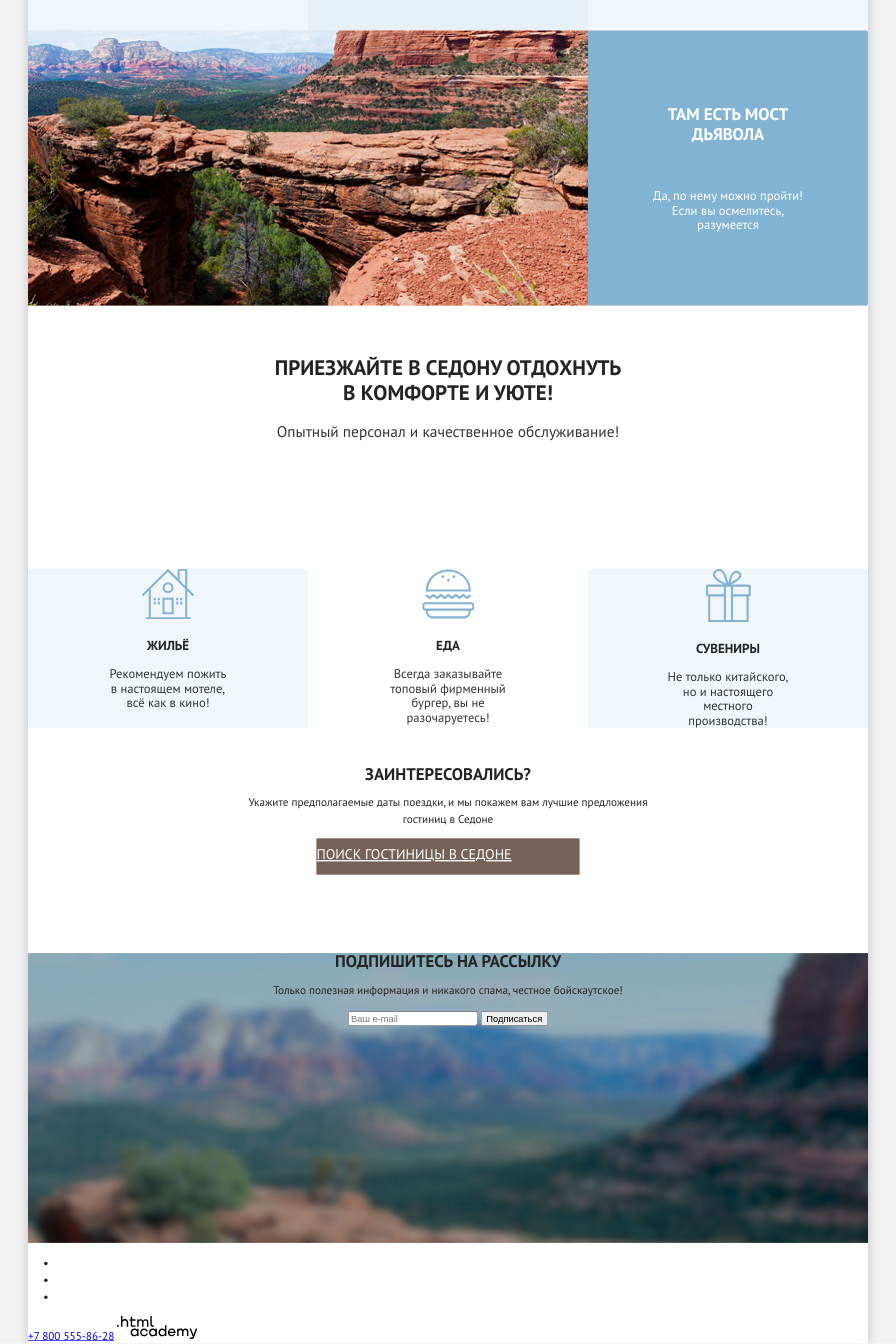
Repository: zakhgagne/2512253-sedona-1
Page: index.html
The author's editor kept a copy of each file at every save. The page is drawn from the files as they stood at one save, then again after the next save.
The browser window is 1280 px wide. The pictures show the part of the page from y = 1551 to 3471 px (the page is 3471 px tall), at 70% of full size.

Above is the page before, as saved 2024-05-11 19:49:44.

### index.html
<!DOCTYPE html>
<html lang="ru">

  <head>
    <meta charset="utf-8">
    <title>Сайт города Седона</title>
    <link rel="stylesheet" href="styles/styles.css">
  </head>

  <body>
    <div class="container">
      <header class="header">
        <a class="logo-link" href="#">
          <img class="logo-image" src="./images/logo.svg" alt="Любимая Седона" width="" height="">
        </a>
        <nav class="navigation">
          <ul class="main-menu">
            <li class="menu-item">
              <a href="./index.html" class="menu-link">Главная</a>
            </li>
            <li class="menu-item">
              <a href="#" class="menu-link">О Седоне</a>
            </li>
            <li class="menu-item">
              <a href="./catalog.html" class="menu-link">Гостиницы</a>
            </li>
          </ul>
          <ul class="user-menu">
            <li class="user-menu-item">
              <a href="#" class="user-menu-link">
                <span class="visually-hidden">Поиск</span>
              </a>
            </li>
            <li class="user-menu-item">
              <a href="#" class="user-menu-link">
                <span class="visually-hidden">Избранное</span>
                <span class="like-number">12</span>
              </a>
            </li>
            <li class="user-menu-item">
              <a href="#" class="user-menu-link">Хочу сюда!</a>
            </li>
          </ul>
        </nav>
      </header>
      <main class="main-container">
        <h1 class="visually-hidden">Cайт города Седона</h1>
        <section class="welcome">
          <h2 class="visually-hidden">Приглашение</h2>
          <img src="./images/welcome.svg" class="welcome-image" width="" height="" alt="Welcome">
        </section>

        <section class="city">
          <h2 class="city-title">Седона — небольшой городок в Аризоне, заслуживающий большего!</h2>
          <p class="city-subtitle">Рассмотрим причины, по которым Седона круче, чем Гранд-Каньон!</p>

          <ul class="reason-list">
            <li class="reason-item reason-item-special">
              <div class="reason-container">
                <h3 class="reason-title">Настоящий городок</h3>
                <p class="reason-text">Седона — не аттракцион для туристов, там течёт своя жизнь</p>
              </div>
              <img src="./images/photo-1.jpg" class="reason-image" width="" height="">
            </li>
            <li class="reason-item">
              <div class="reason-container">
                <h3 class="reason-title">Небольшая площадь</h3>
                <p class="reason-text">Все достопримечательности находятся очень близко</p>
              </div>
            </li>
            <li class="reason-item">
              <div class="reason-container">
                <h3 class="reason-title">Красивая дорога</h3>
                <p class="reason-text">Ехать в Седону из Лас-Вегаса совсем не скучно!</p>
              </div>
            </li>
            <li class="reason-item">
              <div class="reason-container">
                <h3 class="reason-title">Мало туристов</h3>
                <p class="reason-text">Большинство едет в Гранд Каньон и толпится там</p>
              </div>
            </li>
            <li class="reason-item reason-item-special">
              <img src="./images/photo-2.jpg" class="reason-image" width="" height="">
              <div class="reason-container">
                <h3 class="reason-title">Там есть мост дьявола</h3>
                <p class="reason-text">Да, по нему можно пройти! Если вы осмелитесь, разумеется</p>
              </div>
            </li>
          </ul>
        </section>

        <section class="city-welcome">
          <h2 class="desription">Приезжайте в Седону отдохнуть в комфорте и уюте!</h2>
          <p class="simple-text">Опытный персонал и качественное обслуживание!</p>
          <div class="container-city-welcome">
            <ul class="comfort-list">
              <li class="comfort-item">
                <img src="./images/advantage-icon-home.svg" class="reason-image" width="" height="">
                <h3 class="comfort-title">Жильё</h3>
                <p class="comfort-text">Рекомендуем пожить в настоящем мотеле, всё как в кино!</p>
              </li>
              <li class="comfort-item">
                <img src="./images/advantage-icon-food.svg" class="reason-image" width="" height="">
                <h3 class="comfort-title">Еда</h3>
                <p class="comfort-text">Всегда заказывайте топовый фирменный бургер, вы не разочаруетесь!</p>
              </li>
              <li class="comfort-item">
                <img src="./images/advantage-icon-gift.svg" class="reason-image" width="" height="">
                <h3 class="comfort-title">Сувениры</h3>
                <p class="comfort-text">Не только китайского, но и настоящего местного производства!</p>
              </li>
            </ul>
          </div>
        </section>

        <section class="interest">
          <h2 class="desription">Заинтересовались?</h2>
          <p class="simple-text-interest">Укажите предполагаемые даты поездки, и мы покажем вам лучшие предложения гостиниц в
            Седоне</p>
            <div class="container-button">
          <a href="#" class="button-search-motel">ПОИСК ГОСТИНИЦЫ В седоне</a>
          </div>
        </section>

      </main>

      <footer>
        <section class="news-letter">
          <h2 class="desription">Подпишитесь на рассылку</h2>
          <p class="simple-text-footer">Только полезная информация и никакого спама, честное бойскаутское!</p>

          <form class="subscribe-form" action="https://echo.htmlacademy.ru/" method="post">
            <input class="field" placeholder="Ваш e-mail" type="email" name="distribution-email" required>
            <button class="subscribe-form-button" type="submit">Подписаться</button>
          </form>
        </section>
        <div class="footer-container">
          <section class="contacts">
            <h2 class="visually-hidden">Контакты</h2>
            <ul class="contact-list">
              <li class="contact-list-item">
                <a href="#" class="contact-list-link">
                  <p class="visually-hidden">Вконтакте</p>
                </a>
              </li>
              <li class="contact-list-item">
                <a href="#" class="contact-list-link">
                  <p class="visually-hidden">Телеграм</p>
                </a>
              </li>
              <li class="contact-list-item">
                <a href="#" class="contact-list-link">
                  <p class="visually-hidden">Ютуб</p>
                </a>
              </li>
            </ul>
            <a class="footer-contacts-address-phone" href="tel:+78005558628">+7 800 555-86-28</a>
            <a class="htmlacademy-link" href="https://htmlacademy.ru/">
              <img src="./images/logo-academy.svg" width="" height="" alt="Академия">
            </a>
          </section>
        </div>
      </footer>
    </div>
  </body>

</html>

### styles/styles.css
@font-face {
  font-family: "PT Sans";
  font-style: normal;
  font-weight: 400;
  src: url("../fonts/ptsans-400.woff2") format("woff2");
  font-display: swap;
}

@font-face {
  font-family: "PT Sans";
  font-style: normal;
  font-weight: 700;
  src: url("../fonts/ptsans-700.woff2") format("woff2");
  font-display: swap;
}


body {
  margin: 0;
  font-family: "PT Sans", "Arial", sans-serif;
  font-size: 16px;
  line-height: 24px;
  color: #242424;
  background-color: #f2f2f2;
}

.visually-hidden {
  display: none;
}

.container {
  width: 1200px;
  margin: 0 auto;
  background-color: #ffffff;
  box-shadow: 0 0 15px rgba(0, 0, 0, 0.2);
}

.header {
  background-color: #ffffff;
  position: relative;
  padding: 0 68px 0 238px;
}

.logo-link {
  position: absolute;
  top: 0;
  left: 70px;
}

.logo-image {}

.navigation {
  display: flex;
  justify-content: space-between;
}

.main-menu {
  padding: 0;
  margin: 0;
  list-style: none;
  display: flex;
  width: 500px;
  flex-wrap: wrap;
}

.menu-item {}

.menu-link {
  font-size: 20px;
  font-weight: 700;
  line-height: 24px;
  color: #000000;
  text-decoration: none;
  display: block;
  padding: 20px 16px;

}

.menu-item:nth-child(1) {
  /* background-color: red; */
}

.menu-item:nth-child(2) {
  /* background-color: blue; */
}

.menu-item:nth-child(3) {
  /* background-color: red; */
}

.user-menu {
  padding: 0;
  margin: 0;
  list-style: none;
  display: flex;
}

.welcome {
  background-color: #aec5d1;
  background-image: url("../images/white-crown.svg"), url("../images/index-background.jpg");
  background-repeat: no-repeat;
  background-position: center bottom, center top;
  background-size: 1200px 57px, cover;
  padding-top: 51px;
  padding-bottom: 82px;
  min-height: 352px;
}

.welcome-image {
  display: block;
  margin: 0 auto;
}

.city {
  text-align: center;
  padding-top: 70px;
}

.city-title {
  padding: 0;
  margin: 0 auto 24px;
  font-size: 30px;
  font-weight: 700;
  line-height: 36px;
  text-transform: uppercase;
  width: 750px;

}

.city-subtitle {
  padding: 1px;
  margin: 0 auto 87px;
  font-size: 22px;
  font-weight: 400;
  line-height: 26px;
  width: 750px;
}

.reason-list {
  display: flex;
  justify-content: space-between;
  text-align: center;
  padding: 0;
  margin: 0;
  list-style: none;
  flex-wrap: wrap;
}

.reason-item {
  display: flex;
  background-color: bisque;
}

.reason-container {
  width: 400px;
  padding-top: 106px;
  padding-bottom: 105px;
}

.reason-title {
  margin: 0 auto 63px;
  padding: 0;
  font-size: 24px;
  font-weight: 700;
  line-height: 28px;
  width: 175px;
  text-transform: uppercase;

}

.reason-text {
  padding: 0;
  margin: 0 auto;
  font-size: 18px;
  font-weight: 400;
  line-height: 21px;
  width: 231px;
}

.reason-item:nth-child(2n) {
  background-color: #f0f6fa;
}

.reason-item:nth-child(3n) {
  background-color: #e6f0f6;
}

.reason-item-special .reason-container {
  background-color: #82B3D3;
  border-radius: 0px 4px 4px 0px;
  color: #FFFFFF;

}

.comfort-list {
  display: flex;
  justify-content: space-between;
  text-align: center;
  padding: 0;
  margin: 0;
  list-style: none;
}

.comfort-item {
  width: 400px;
}
.comfort-item:nth-child(even) {
  background-color: #ffffff;
}
.comfort-item:nth-child(odd) {
  background-color: #f0f6fa;
}

.interest {
  text-align: center;
  margin: 54px auto;
  height: 214px;
  width: 592px;
}

.desription {
  padding: 0;
  margin: 0;
  text-transform: uppercase;
}

.footer-container {
  display: flex;
  margin: 0 auto;
}


.news-letter {
  background-image: url("../images/subscribe.jpg");
  background-repeat: no-repeat;
  min-height: 414px;
  text-align: center;

  /*width: 684px;*/
}

.city-welcome {
  text-align: center;
  padding-top: 70px;
}

.city-welcome .desription {
  padding: 0;
  margin: 0 auto 24px;
  font-size: 30px;
  font-weight: 700;
  line-height: 36px;
  text-transform: uppercase;
  width: 500px;
}

.simple-text {

  padding: 0;
  margin: 0 auto;
  width: 490px;
  height: 70px;

  /* Texts/Text basic */
  font-weight: 400;
  font-size: 22px;
  line-height: 26px;
  /* identical to box height, or 118% */
  /* Texts/second */
  color: #333333;
}

.container-city-welcome {

  text-align: center;
  padding-top: 140px;
}

.comfort-text {
  font-weight: 400;
  font-size: 18px;
  line-height: 21px;
  color: #333333;
  flex: none;
  order: 2;
  align-self: stretch;
  flex-grow: 0;
  width: 175px;
  margin: 0 auto;
  padding: 0;
}
.comfort-title {
text-transform: uppercase;
}

.container-button {
  /* Кнопка */
  width: 376px;
  height: 52px;
  color: #FFFFFF;
  /* Inside auto layout */
  flex: none;
  order: 1;
  flex-grow: 0;
  margin: 0 auto 0;
  padding: 0;
  padding-top: 10;
  background-color: #756157;

}
.button-search-motel{
  margin: 0 auto 0;
  display: flex;
  color: #FFFFFF;
  text-transform: uppercase;
  font-size: 20px;
  padding-top: 11px;
}

After the next save:
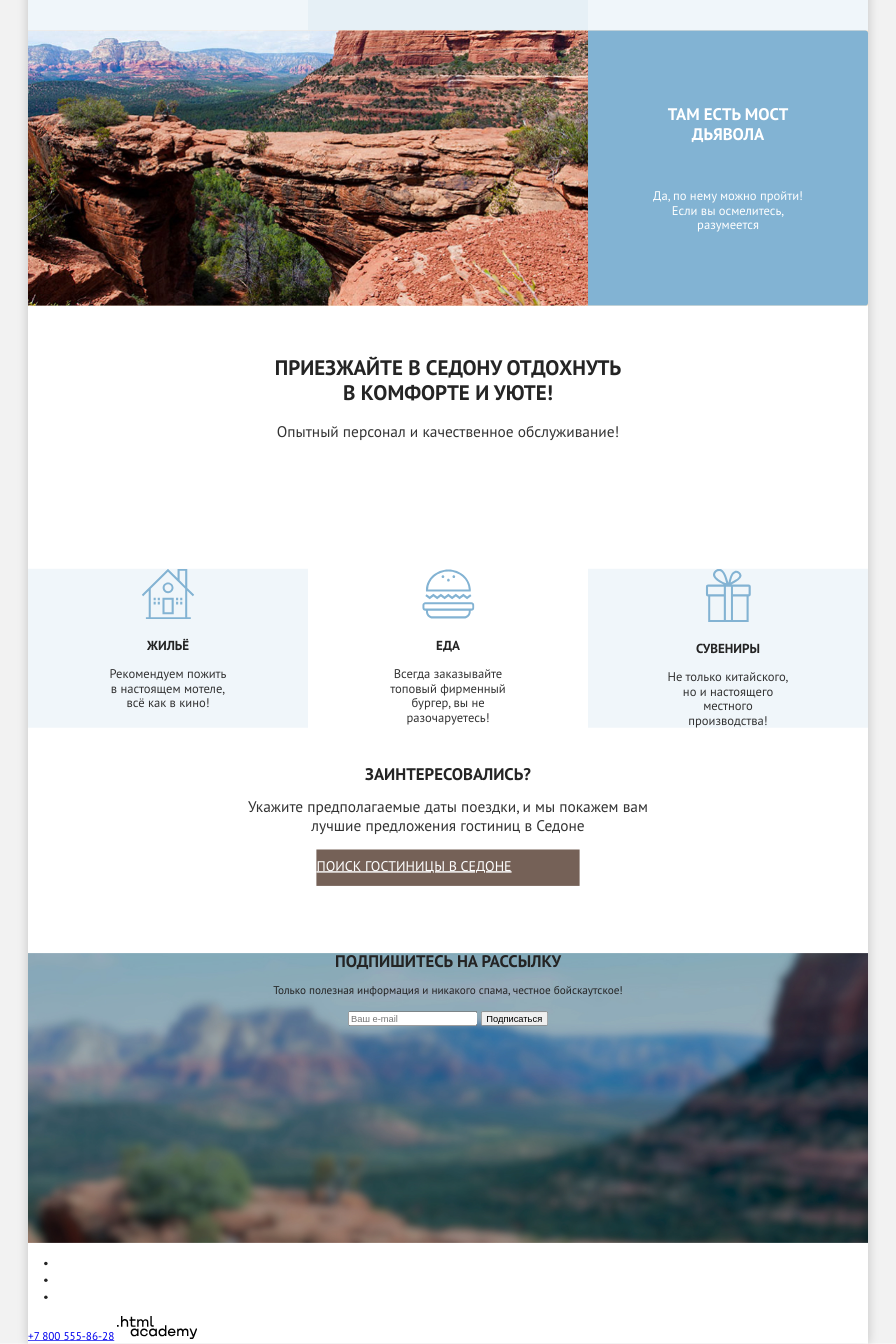
Saved 2 min 19 s later.
--- a/styles/styles.css
+++ b/styles/styles.css
@@ -316,3 +316,24 @@ text-transform: uppercase;
   font-size: 20px;
   padding-top: 11px;
 }
+/* Укажите предполагаемые даты поездки, и мы покажем вам лучшие предложения гостиниц в Седоне */
+.simple-text-interest {
+  width: 592px;
+  height: 52px;
+  /* Texts/Text basic */
+  font-family: 'PT Sans';
+  font-style: normal;
+  font-weight: 400;
+  font-size: 22px;
+  line-height: 26px;
+  /* or 118% */
+  text-align: center;
+
+  /* Texts/second */
+  color: #333333;
+
+  /* Inside auto layout */
+  flex: none;
+  order: 1;
+  flex-grow: 0;
+}
